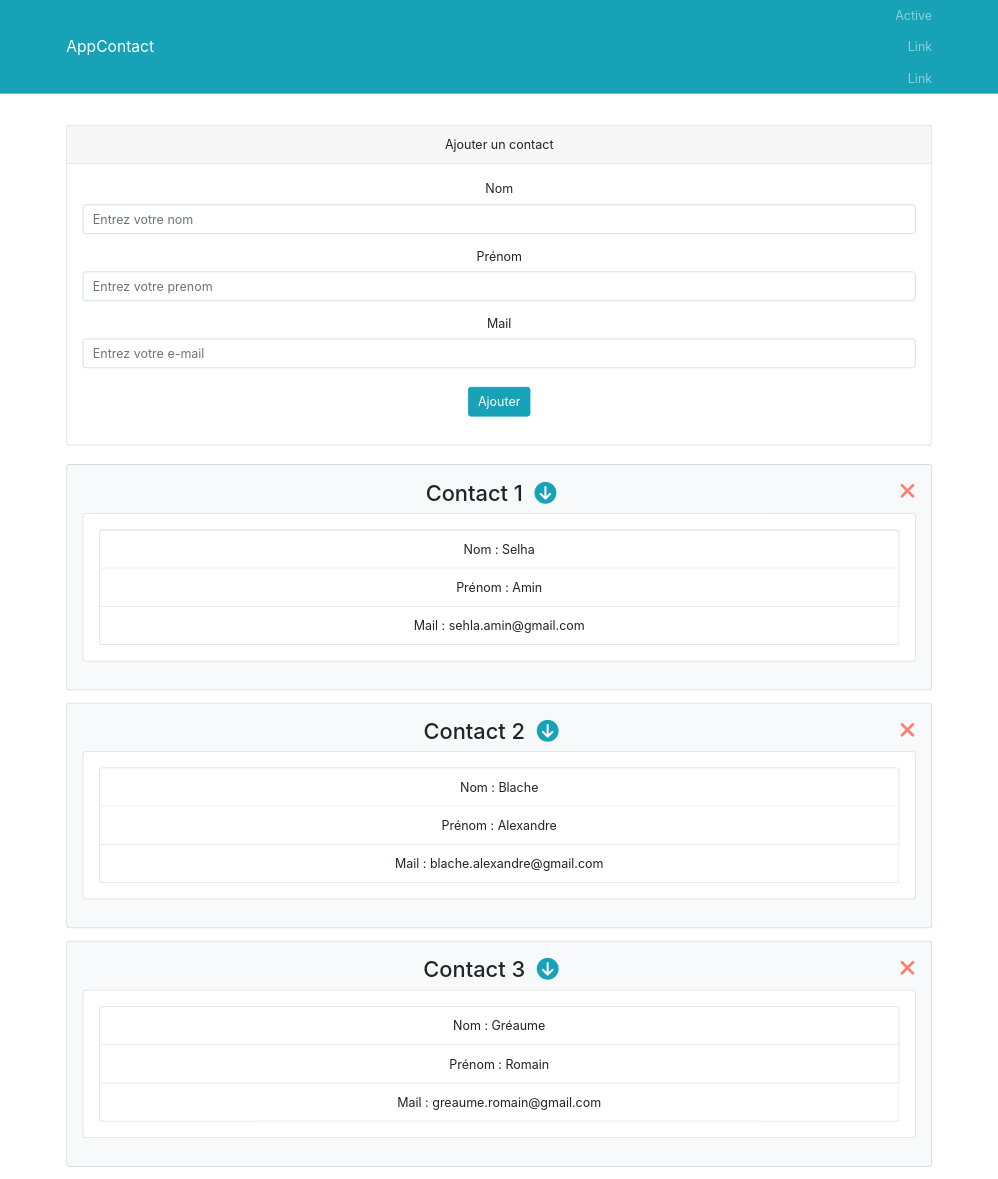
Repository: romgrm/appContact
Page: /
These files come from the project's save history. The page is drawn as it stood at one moment and after a run of saves; the edit follows.
The browser window is 1280 px wide. The pictures show the whole page, at 78% of full size.
Some web libraries are served in a nearby version. The project was rebuilt for these pictures with package versions that can differ from the ones it lists, and the page was loaded fresh each time.

Above is the page before, as saved 2020-12-04 14:42:12.

### public/index.html
<!DOCTYPE html>
<html lang="en">
  <head>
    <meta charset="utf-8" />
    <link rel="icon" href="%PUBLIC_URL%/favicon.ico" />
    <meta name="viewport" content="width=device-width, initial-scale=1" />
    <meta name="theme-color" content="#000000" />
    <meta
      name="description"
      content="Web site created using create-react-app"
    />
    <link rel="apple-touch-icon" href="%PUBLIC_URL%/logo192.png" />

    <link rel="manifest" href="%PUBLIC_URL%/manifest.json" />

    <title>React App</title>
  </head>
  <body>
    <noscript>You need to enable JavaScript to run this app.</noscript>
    <div id="root"></div>
    <script src="https://kit.fontawesome.com/f66925acc9.js" crossorigin="anonymous"></script>

  </body>
</html>

### src/App.js
import Header from './Components/Header'
import Liste from './Components/Liste'
import {Provider} from './Context'
import AddContact from './Components/AddContact'

import 'bootstrap/dist/css/bootstrap.min.css'


function App() {
  return (

    // On importe notre Provider et on entoure notre app de notre Provider pour que nos components ai bien accès au state
    <Provider>

      <div className="App">
        <Header />
        <div className="container pt-4">
        <AddContact />
      </div>
        <div className="container pt-4">
          <Liste />
        </div>
      </div>
    </Provider>
  );
}

export default App;

### src/Components/Header.js
import React, { Component } from 'react'

export default class Header extends Component {
    render() {
        return (
            <React.Fragment>
                <nav className="navbar navbar-dark bg-info mb-3 py-0">
                    <div className="container">
                        <a href="/" className="navbar-brand">AppContact</a>
                        <ul className="navbar-nav">
                            <li className="nav-item ml-auto">
                                <a className="nav-link " href="/">Active</a>
                            </li>
                            <li className="nav-item ml-auto">
                                <a className="nav-link" href="/">Link</a>
                            </li>
                            <li className="nav-item ml-auto">
                                <a className="nav-link" href="/">Link</a>
                            </li>
                        </ul>
                    </div>
                </nav>

            </React.Fragment>

        )
    }
}

### src/Components/Liste.js
import React, { Component } from 'react'
import Contact from './Contact'
import { Consumer } from '../Context'


// On importe le Consumer qui va permettre au component Liste d'utiliser notre Provider et donc utiliser notre State
export default class Liste extends Component {



    // // Fonction qui permet de delete un contact par rapport à son id rentré en paramètre de la fonction
    // deleteContactData = (id) => {
    //     this.setState({
    //         contacts: this.state.contacts.filter(current => current.id !== id) // on ne garde que les id qui ne sont pas égaux à l'id entré en paramètre, autrement dit l'id 'current'
    //     })
    //     // Mon "nouveau contacts" est mtn égal à mon contacts filtré par son id
    // }

    render() {
        return (
            // On intègre le Consumer à notre render(). On utilise 'value' qui fait référence au value de notre Provider dans Context.js, autrement dit à la valeur de notre state, puis on return notre code qui fait appel au state et qui renvoie des props à Contact.js
            <Consumer>
                {value => {
                    return (
                        <React.Fragment>
                            {value.contacts.map(current => ( // ici on appelle plus this.state.contacts mais value.contacts, car value contient notre state dans Context.js ou est notre objet contacts et ses données
                                <Contact
                                    key={current.id}
                                    id={current.id} // on rajoute cet id car même si c'est le même id que celui de la 'key', on a pas le droit d'utiliser la 'key' comme identifiant d'un élément dans un component
                                    Contact={current.contact}
                                    Nom={current.nom}
                                    Prenom={current.prenom}
                                    Mail={current.mail}
                                    // Delete est considéré comme une fonction anonyme qui prend en valeur la fonction deleteContactData() avec comme paramètre l'id de 'current', donc l'id actuel
                                    // Delete={() => this.deleteContactData(current.id)}
                                    />

                            ))}
                        </React.Fragment>
                    )
                }}
            </Consumer>

        )
    }
}

### src/Context.js
import React, {Component} from 'react'

// création de l'Api context
const Context = React.createContext();

// création du Reducer, qui va permettre d'effecturer des actions
// Il prend en paramètre le state et 'action' qui va donc permettre de gérer les actions avec action entré en paramètre de notre reducer

const reducer = (state, action) => {

    // Le switch permet de gérer plusieurs actions. Notre première action est la suppression d'un contact.
    switch(action.type) {
        case 'DELETE_CONTACT':
            return{
                contacts: state.contacts.filter(current => current.id !== action.payload) // on return la fonction similaire qu'on avait fait dans Liste.js pour delete un contact sauf qu'a la fin
                                                                                        //c'est pas juste 'id' mais action.payload, payload signifiant lorsque l'action est effectuée/résultat de l'évènement
                                                                                        // donc on va garder seulement ceux sur quoi on a pas eu un évènement/action, en l'occurence le clic sur la croix rouge
                };
        case 'ADD_CONTACT':                                     // Action qui va nous permettre d'ajouter un contact via le formulaire de Addcontact.js
            return{
                contacts: [action.payload, ...state.contacts]  // On reprend notre state 'contacts', auquel on assigne le 'action.payload' qui est l'action de créer/ajouter un contact, au state 'contacts' déjà existant
                                                                // pour garder nos contacts existants et en ajouter un autre (d'ou le spread operator)
            }
            default: return state;
    }
}

export class Provider extends Component {
    state = {
        contacts: [
            {
                id:1,
                contact: 'Contact 1',
                nom: 'Selha',
                prenom: 'Amin',
                mail: 'sehla.amin@gmail.com'
            },
            {
                id:2,
                contact: 'Contact 2',
                nom: 'Blache',
                prenom: 'Alexandre',
                mail: 'blache.alexandre@gmail.com'
            },
            {
                id:3,
                contact: 'Contact 3',
                nom: 'Gréaume',
                prenom: 'Romain',
                mail: 'greaume.romain@gmail.com'
            }
        ],

        /** Le Dispatch va permettre d'executer les actions du reducer avec les components. C'est donc logique d'avoir une modification du state (setState) qui renvoie le reducer avec le state&action */
        dispatch: action => {
            this.setState(state => reducer(state,action))
        }
    }

    render(){
        return(

            /**Le provider va nous permettre de donner/rendre/fournir notre state à des components car il va entourer toute notre application. Le this.props.children va permettre à nos composants d'apparaitre/d'être affichés vu que notre provider va entourer toute l'app */
            <Context.Provider value={this.state}>
                {this.props.children}
            </Context.Provider>
        )
    }
}

// on exporte le Consumer qui va permettre aux components d'utiliser le state de notre provider.
export const Consumer = Context.Consumer;

### src/Components/AddContact.js
import React, { Component } from 'react'
import Contact from './Contact'
import {Consumer} from '../Context'

export default class AddContact extends Component {

    state = {
        nom: '',
        prenom: '',
        mail: ''
    }

    onChange = (event) => {
        this.setState({
            [event.target.name]: event.target.value // [event.target.name] -> récupère tous les 'name' des inputs (donc nom,prenom,mail). event.target.valuue -> récupère tous les 'value' des inputs.
        })
    }

    onSubmit = (event) => {
        event.preventDefault()
        console.log(this.state)

    }
    render() {
        return (
            <div className="card text-center">
                <div className=" card-header">Ajouter un contact</div>

                <div className="card-body">
                    <form onSubmit={this.onSubmit}>
                        <div className="form-group">
                            <label htmlFor="nom">Nom</label>
                            <input
                                type="text"
                                className="form-control"
                                name="nom"
                                placeholder="Entrez votre nom"
                                style={{textCenter: 'center'}}
                                onChange={this.onChange}
                                value={this.state.nom}
                            ></input>
                            <label htmlFor="prenom" className="mt-3">Prénom</label>
                            <input
                                type="text"
                                className="form-control"
                                name="prenom"
                                placeholder="Entrez votre prenom"
                                onChange={this.onChange}
                                value={this.state.prenom}
                            ></input>
                            <label htmlFor="mail" className="mt-3">Mail</label>
                            <input
                                type="text"
                                className="form-control"
                                name="mail"
                                placeholder="Entrez votre e-mail"
                                onChange={this.onChange}
                                value={this.state.mail}
                            ></input>
                            <input
                            type="submit"
                            value="Ajouter"
                            className="btn btn-info mt-4">
                            </input>

                        </div>

                    </form>
                </div>

            </div>
        )
    }
}

### src/Components/Contact.js
import React, { Component } from 'react'
import {Consumer} from '../Context'

export default class Contact extends Component {

    state = {
        show: true
    }

    // Fonction qui permet de faire l'inverse de show (tips: on fait une fonction flechée car les fonctions simple ne peuvent être référencées avec le this.nomdelafunction)
    display = () => {
        this.setState({
            show: !this.state.show
        }, console.log(this.state.show))
    }

    // La fonction deleteContact va prendre en paramètre l'id de notre contact (présent dans le state global de Context.js) ainsi que le dispatch (permet de récupérer les actions émises par le Reducer)
    deleteContact = (id, dispatch) => {
        dispatch({type: 'DELETE_CONTACT', payload: id}) // on éxécute le dispatch en lui mettant le type d'action a effectuer (on reprend l'action DELETE_CONTACT créée dans le switch de notre Reducer) et le trigger/déclencher Payload qui est l'id de notre contact à delete
    }

    render() {
        // on fait pareil que dans Liste.js, on import le Consumer et on intègre dans le Consumer nos données pour qu'elles aient accès au state du Provider
        return(
            <Consumer>
                {value => {
                    return(
                        <div className="card card-body bg-light text-center mb-3">
                <p className="h3">{this.props.Contact}&nbsp; <i style={{cursor: 'pointer', color: '#18A2B8'}} className="fas fa-arrow-circle-down"
                onClick={this.display}></i>
                <i className="fas fa-times" style={{float:'right', cursor: 'pointer', color: 'salmon'}}
                onClick={() => this.deleteContact(this.props.id, value.dispatch)}></i> {/** ici on utilise notre Croix pour effectué une action au clic. Cette action va appeler la fonction deleteContact() qui va prendre en paramètre l'id de notre contact (qui est dans le state) ainsi que l'action à executée (DELETE_CONTACT) présent dans le Reducer, envoyée grâce au Dispatch, lui même présent dans le state (d'ou le value.dispatch) */}
                </p>
                {/*Opération ternaire qui permet de dire : est ce que le show de state est 'true' ? si oui, affiche moi les données, si non, return null, donc cache les */}
                {this.state.show ? (
                    <ul className="card card-body">
                    <li className="list-group-item"> Nom : {this.props.Nom}</li>
                    <li className="list-group-item"> Prénom : {this.props.Prenom}</li>
                    <li className="list-group-item"> Mail : {this.props.Mail}</li>
                </ul>
                ) : null}
            </div>
                    )
                }}
            </Consumer>
        )
    }
}

Loaded but not shown: src/index.js (common file)

After the next 6 saves:
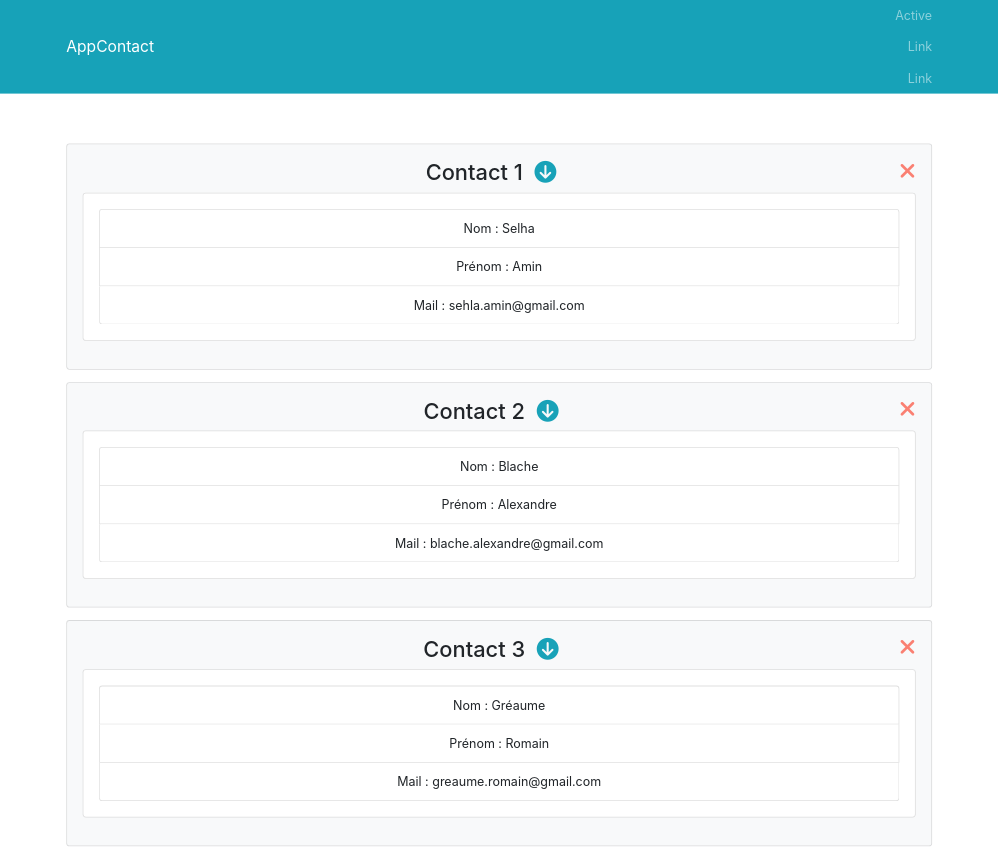
The 6 saves are shown as one change because 4 did not build or start and some came seconds apart.
The last was saved 39 s later.
--- a/src/Components/AddContact.js
+++ b/src/Components/AddContact.js
@@ -22,6 +22,14 @@
 
     }
     render() {
+
+        return (
+            <Consumer>
+                {value =>{
+                    return
+                }}
+            </Consumer>
+        )
         return (
             <div className="card text-center">
                 <div className=" card-header">Ajouter un contact</div>

After the 5 saves that followed:
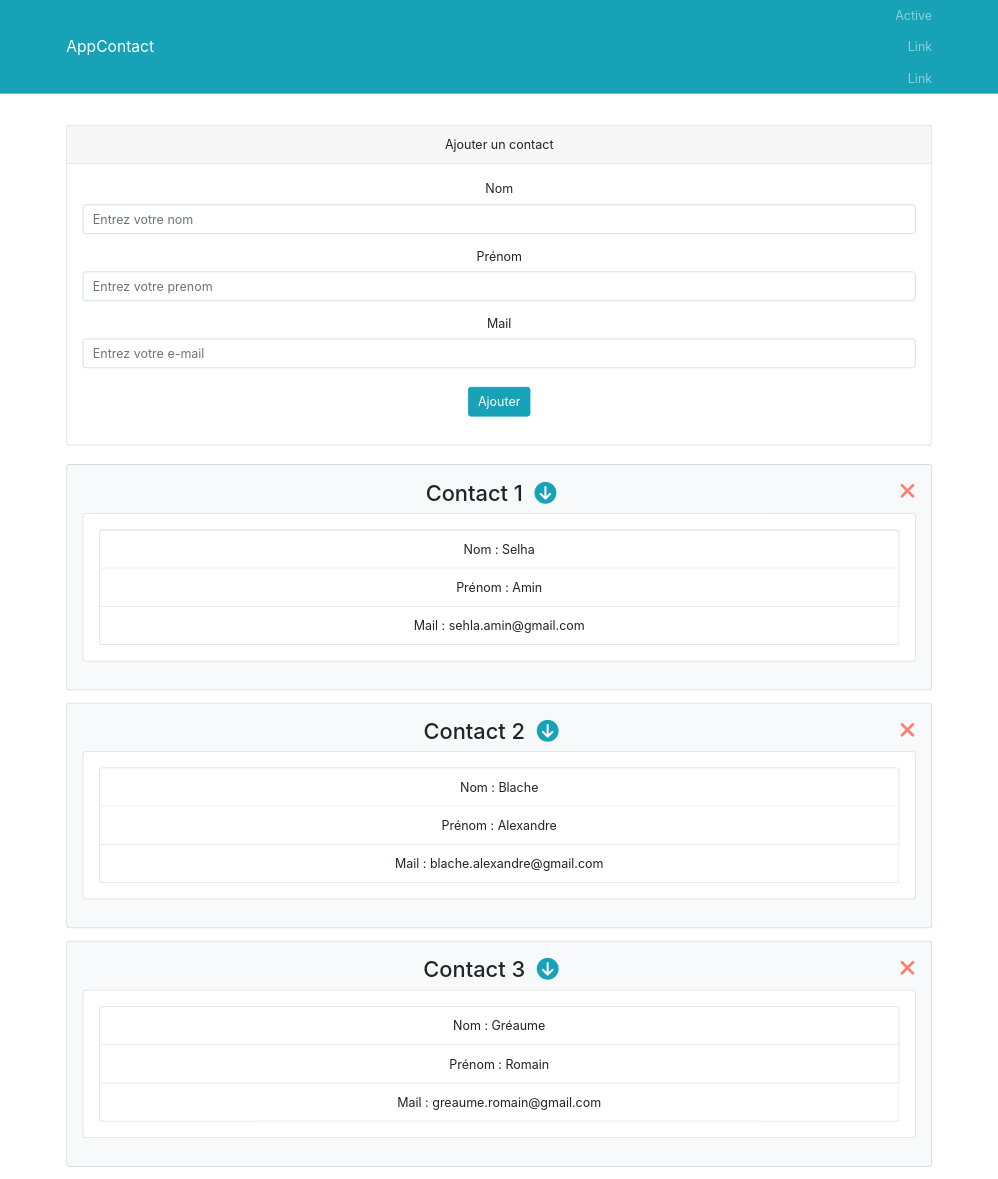
The 5 saves are shown as one change because 3 did not build or start and some came seconds apart.
The last was saved 31 s later.
--- a/src/Components/AddContact.js
+++ b/src/Components/AddContact.js
@@ -1,6 +1,6 @@
 import React, { Component } from 'react'
 import Contact from './Contact'
-import {Consumer} from '../Context'
+import { Consumer } from '../Context'
 
 export default class AddContact extends Component {
 
@@ -25,58 +25,58 @@
 
         return (
             <Consumer>
-                {value =>{
-                    return
+                {value => {
+                    return (
+                        <div className="card text-center">
+                            <div className=" card-header">Ajouter un contact</div>
+
+                            <div className="card-body">
+                                <form onSubmit={this.onSubmit}>
+                                    <div className="form-group">
+                                        <label htmlFor="nom">Nom</label>
+                                        <input
+                                            type="text"
+                                            className="form-control"
+                                            name="nom"
+                                            placeholder="Entrez votre nom"
+                                            style={{ textCenter: 'center' }}
+                                            onChange={this.onChange}
+                                            value={this.state.nom}
+                                        ></input>
+                                        <label htmlFor="prenom" className="mt-3">Prénom</label>
+                                        <input
+                                            type="text"
+                                            className="form-control"
+                                            name="prenom"
+                                            placeholder="Entrez votre prenom"
+                                            onChange={this.onChange}
+                                            value={this.state.prenom}
+                                        ></input>
+                                        <label htmlFor="mail" className="mt-3">Mail</label>
+                                        <input
+                                            type="text"
+                                            className="form-control"
+                                            name="mail"
+                                            placeholder="Entrez votre e-mail"
+                                            onChange={this.onChange}
+                                            value={this.state.mail}
+                                        ></input>
+                                        <input
+                                            type="submit"
+                                            value="Ajouter"
+                                            className="btn btn-info mt-4">
+                                        </input>
+
+                                    </div>
+
+                                </form>
+                            </div>
+
+                        </div>
+                    )
                 }}
             </Consumer>
         )
-        return (
-            <div className="card text-center">
-                <div className=" card-header">Ajouter un contact</div>
 
-                <div className="card-body">
-                    <form onSubmit={this.onSubmit}>
-                        <div className="form-group">
-                            <label htmlFor="nom">Nom</label>
-                            <input
-                                type="text"
-                                className="form-control"
-                                name="nom"
-                                placeholder="Entrez votre nom"
-                                style={{textCenter: 'center'}}
-                                onChange={this.onChange}
-                                value={this.state.nom}
-                            ></input>
-                            <label htmlFor="prenom" className="mt-3">Prénom</label>
-                            <input
-                                type="text"
-                                className="form-control"
-                                name="prenom"
-                                placeholder="Entrez votre prenom"
-                                onChange={this.onChange}
-                                value={this.state.prenom}
-                            ></input>
-                            <label htmlFor="mail" className="mt-3">Mail</label>
-                            <input
-                                type="text"
-                                className="form-control"
-                                name="mail"
-                                placeholder="Entrez votre e-mail"
-                                onChange={this.onChange}
-                                value={this.state.mail}
-                            ></input>
-                            <input
-                            type="submit"
-                            value="Ajouter"
-                            className="btn btn-info mt-4">
-                            </input>
-
-                        </div>
-
-                    </form>
-                </div>
-
-            </div>
-        )
     }
 }
